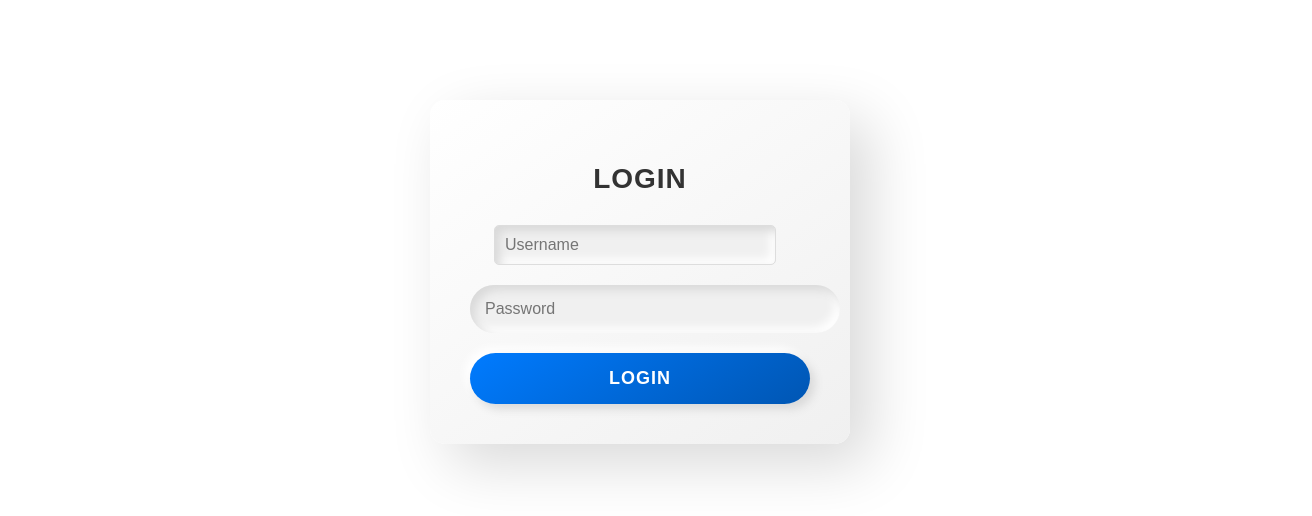
Repository: mdmisri/needy-talk
Page: /login (app in frontend/talk-d1/)
These files come from the project's save history. The page is drawn as it stood at one moment and after a run of saves; the edit follows.
The browser window is 1280 px wide. The page is 1280 px wide, then 1312 px, so the pictures cover 1312 px, including what lies to the right of the window. The pictures show the whole page.
The page's requests for data from a server got no answer. The project was rebuilt for these pictures with package versions that can differ from the ones it lists, and the page was loaded fresh each time. No one was signed in, and anything a server would have sent is missing. Also part of the build but not shown: frontend/talk-d1/src/components/Register/Register.css, frontend/talk-d1/src/components/Register/Register.js, frontend/talk-d1/src/conversationUtils.js, frontend/talk-d1/src/hooks/useConversation.js, frontend/talk-d1/src/components/Chat/styles/Message.css, frontend/talk-d1/src/components/Chat/Message.js, frontend/talk-d1/src/components/Chat/ChatBox.js, frontend/talk-d1/src/components/Chat/AdminChatBox.js and 3 more.

Above is the page before, as saved 2024-07-28 14:45:42.

After the next 2 saves:
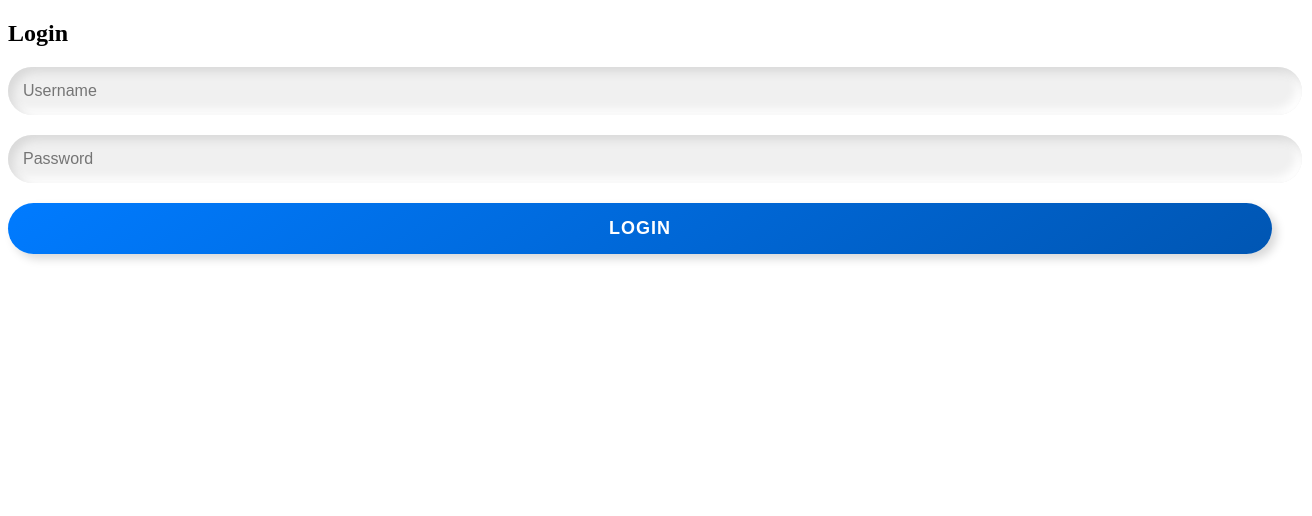
The 2 saves are shown as one change because they came seconds apart.
The last was saved 70 s later.
--- a/frontend/talk-d1/src/components/Login/Login.css
+++ b/frontend/talk-d1/src/components/Login/Login.css
@@ -5,27 +5,8 @@
     font-weight: 500;
 }
 
-.login-container {
-    width: 340px;
-    padding: 40px;
-    background: linear-gradient(145deg, #ffffff, #f0f0f0);
-    box-shadow: 20px 20px 60px #d9d9d9, -20px -20px 60px #ffffff;
-    border-radius: 15px;
-    margin: 100px auto;
-    text-align: center;
-    font-family: 'Arial', sans-serif;
-}
-
-.login-container h2 {
-    margin-bottom: 30px;
-    color: #333;
-    font-size: 28px;
-    font-weight: 600;
-    text-transform: uppercase;
-    letter-spacing: 1px;
-}
-
-.login-container input {
+.login-container input[type="text"],
+.login-container input[type="password"] {
     width: 100%;
     margin-bottom: 20px;
     padding: 15px;
@@ -37,11 +18,11 @@
     transition: all 0.3s ease;
 }
 
-.login-container input:focus {
+.login-container input[type="text"]:focus,
+.login-container input[type="password"]:focus {
     outline: none;
     box-shadow: inset 5px 5px 10px #c1c1c1, inset -5px -5px 10px #ffffff;
 }
-
 .login-container button {
     width: 100%;
     padding: 15px;
